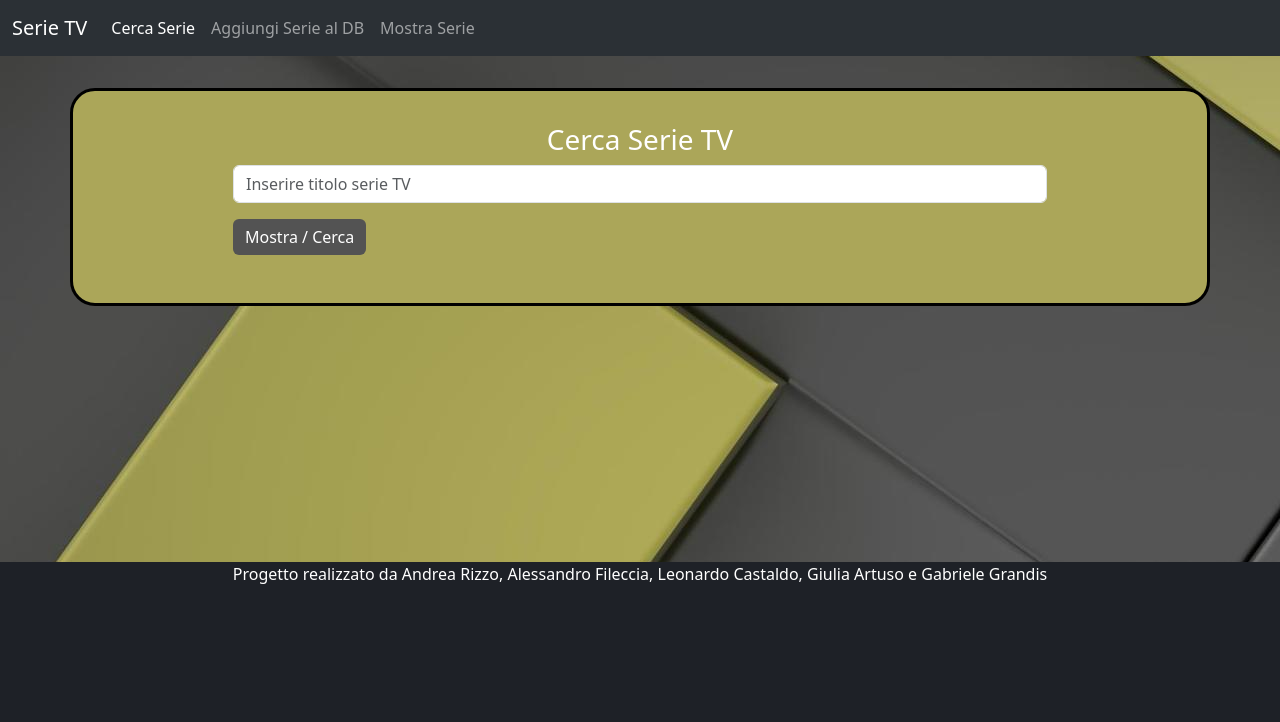
Repository: Adareen/spring
Page: ProgettoDiGruppo/src/main/resources/static/index.html
These files come from the project's save history. The page is drawn as it stood at one moment and after the next save; the edit follows.
The browser window is 1280 px wide. The pictures show the whole page.

Above is the page before, as saved 2024-03-09 17:02:01.

After the next save:
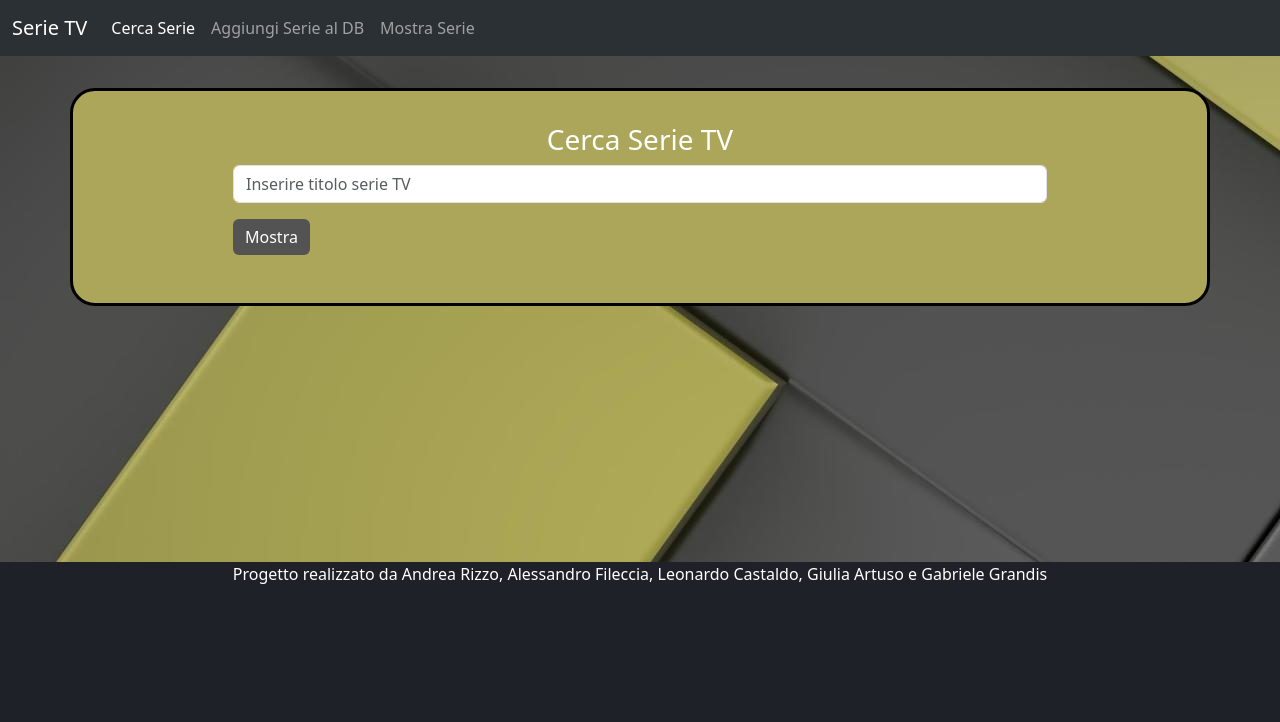
Saved 21 s later.
--- a/ProgettoDiGruppo/src/main/resources/static/index.html
+++ b/ProgettoDiGruppo/src/main/resources/static/index.html
@@ -77,7 +77,7 @@
             id="btnCerca"
             class="btn btn-outline-dark d-flex justify-content-center"
           >
-            Mostra / Cerca
+            Mostra
           </button>
         </form>
       </div>
